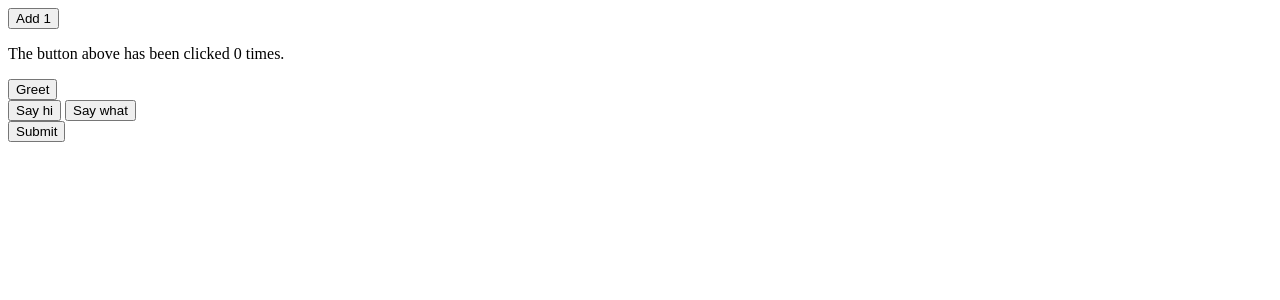
Repository: MeghaNagari/PracticeAtVMC
Page: Practice/VuePractice/WebContent/EventHandling.html
The author's editor kept a copy of each file at every save. The page is drawn from the files as they stood at one save, then again after the next save.
The browser window is 1280 px wide. The pictures show the whole page.
Some web libraries are served in a nearby version.

Above is the page before, as saved 2018-03-20 06:14:29.

After the next save:
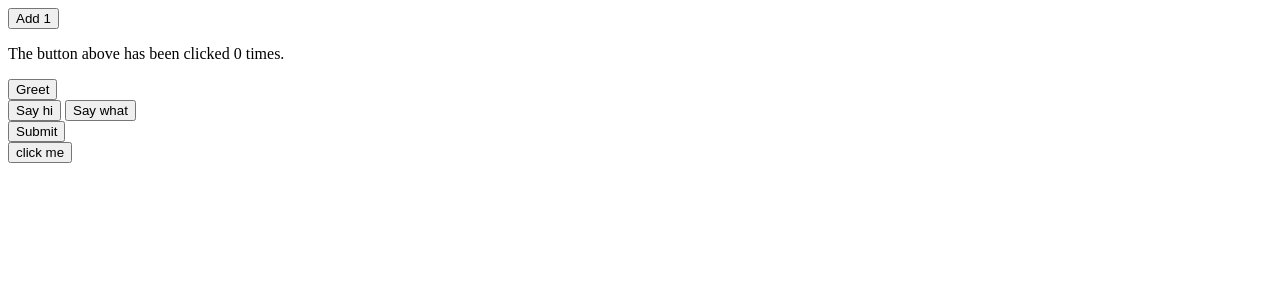
Saved 110 min 25 s later.
--- a/Practice/VuePractice/WebContent/EventHandling.html
+++ b/Practice/VuePractice/WebContent/EventHandling.html
@@ -28,6 +28,12 @@
 <button v-on:click="warn('Form cannot be submitted yet.', $event)">
   Submit
 </button>
+
+</div>
+
+<div id="test5">
+
+<button v-on:click:"al">click me</button>
 
 </div>
 
@@ -91,4 +97,20 @@ methods: {
 })
 </script>
 
+
+<script>
+
+new Vue({
+	el:"test5",
+	methods:{
+		al:function(){
+			alert("button clicked");
+		}
+	}
+
+
+})
+
+
+</script>
 </html>
